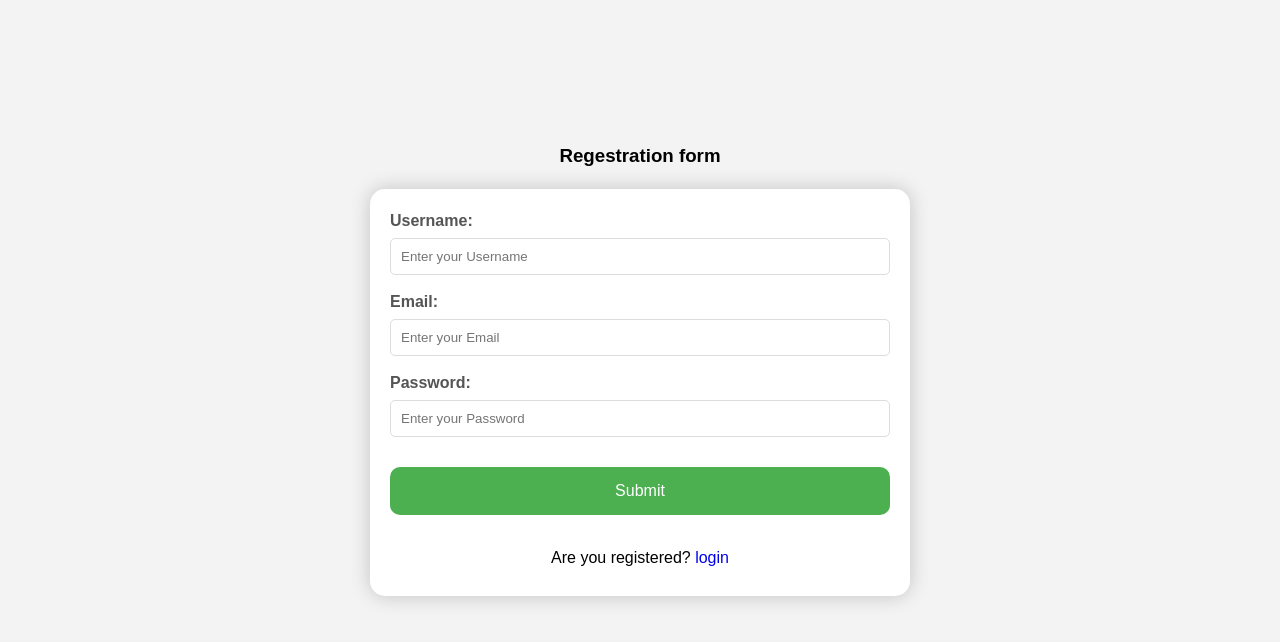
Repository: alizey12/Regestratin-Form-js
Page: regester.html
An editor plug-in stored every save of this project. The page is shown before and after the next save, followed by the edit.
The browser window is 1280 px wide. The pictures show the whole page.

Above is the page before, as saved 2024-11-29 13:41:16.

After the next save:
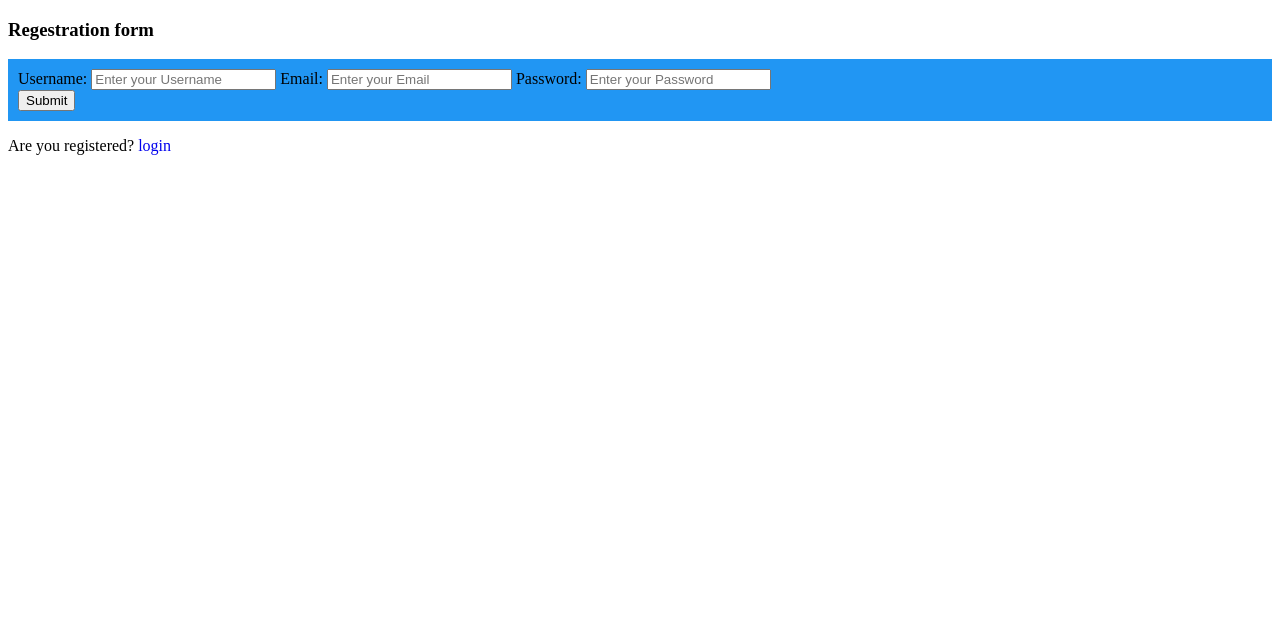
Saved 8 s later.
--- a/regester.html
+++ b/regester.html
@@ -3,7 +3,7 @@
 <head>
     <meta charset="UTF-8">
     <meta name="viewport" content="width=device-width, initial-scale=1.0">
-    <link rel="stylesheet" href="signin.css">
+    <link rel="stylesheet" href="regester.css">
     <title>Regestration form</title>
 </head>
 <body>
